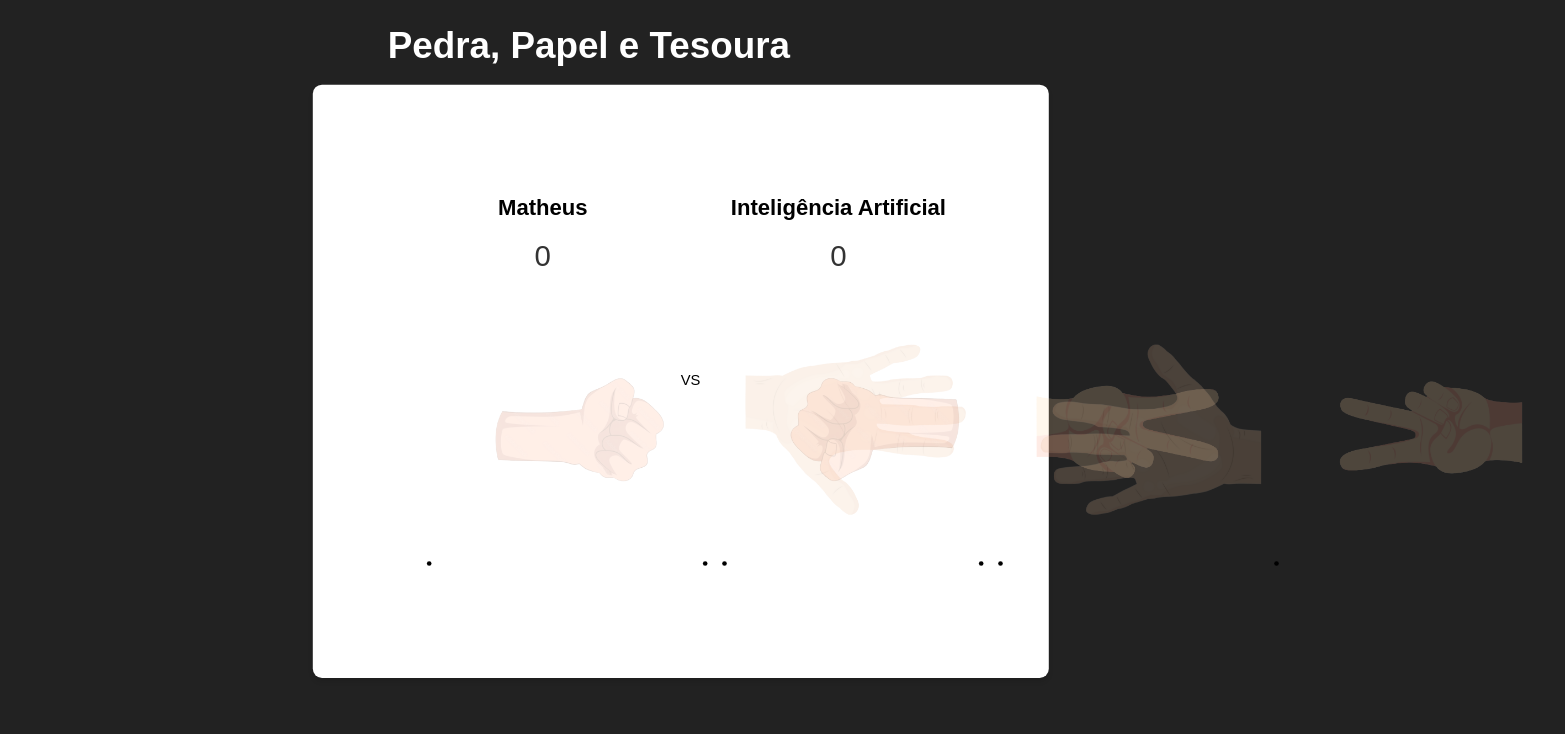
Repository: Matheus904-12/Pedra-Papel
Page: index.html
The author's editor kept a copy of each file at every save. The page is drawn from the files as they stood at one save, then again after a run of saves.
The browser window is 1280 px wide. The page is 1701 px wide, then 1401 px, so the pictures cover 1701 px, including what lies to the right of the window. The pictures show the whole page, at 92% of full size.

Above is the page before, as saved 2023-08-28 21:52:20.

### index.html
<!DOCTYPE html>
<html lang="en">
<head>
    <meta charset="UTF-8">
    <meta name="viewport" content="width=device-width, initial-scale=1.0">
    <title>Pedra, Papel e Tesoura</title>
    <link rel="stylesheet" href="style.css">
    <script src="script.js"></script>
</head>
<body>
    <div class="box">
        <div class="container">
            <h1 id="titulo">Pedra, Papel e Tesoura</h1>
            <div class="placar" id="placar">
                <div class="jogador">
                    <h2 id="jogadorNome">Matheus</h2>
                    <p id="jogadorPontos">0</p>
                    <ul class="escolhas" id="jogadorEscolha">
                        <li>
                            <a id="jogadorEscolha1" class="escolha" onclick="jogar(1)">
                                <img src="img/1-removebg-preview.png" alt="">
                            </a>
                        </li>
                        <li>
                            <a id="jogadorEscolha2" class="escolha" onclick="jogar(2)">
                                <img src="img/2-removebg-preview.png" alt="">
                            </a>
                        </li>
                        <li>
                            <a id="jogadorEscolha3" class="escolha" onclick="jogar(3)">
                                <img src="img/3-removebg-preview.png" alt="">
                            </a>
                        </li>
                    </ul>
                </div>
                <div id="versus">VS</div>
                <div class="computador">
                    <h2 id="computadorNome">Inteligência Artificial</h2>
                    <p id="computadorPontos">0</p>
                    <ul class="escolhas" id="computadorEscolha">
                        <li>
                            <a id="computadorEscolha1" class="escolha">
                                <img src="img2/1.png" alt="">
                            </a>
                        </li>
                        <li>
                            <a id="computadorEscolha2" class="escolha">
                                <img src="img2/2.png" alt="">
                            </a>
                        </li>
                        <li>
                            <a id="computadorEscolha3" class="escolha">
                                <img src="img2/3.png" alt="">
                            </a>
                        </li>
                    </ul>
                </div>
            </div>
            <div class="mensagem"><p id="mensagem" class="result-message">&nbsp;</p>
    </div>
</body>
</html>

### style.css
ul#jogadorEscolha li a,
ul#computadorEscolha li a{
    opacity: 0.2;
    transition: ease-in-out 0.3s;
}
ul#jogadorEscolha li a:hover,
ul#jogadorEscolha li a.selecionado,
ul#computadorEscolha li a.selecionado {
    opacity: 1;
}

/* Estilos gerais */
body {
    font-family: 'Arial', sans-serif;
    background-color: #222;
    margin: 0;
    padding: 0;
    transition: background-color 0.5s ease;
    align-items: center;
}

/* Estilo do container principal */
.box {
    display: flex;
    align-items: center;
    justify-content: center;
    min-height: 100vh;
    transition: background-color 0.5s ease;
}

.container {
    width: 100%;
    max-width: 600px;
    text-align: center;
}

/* Estilo do título */
#titulo {
    font-size: 2.5rem;
    color: #fff;
    margin-bottom: 20px;
}

/* Estilo do placar */
.placar {
    display: flex;
    align-items: center;
    justify-content: space-between;
    padding: 100px;
    background-color: #fff;
    border-radius: 10px;
    box-shadow: 0 4px 6px rgba(0, 0, 0, 0.1);
    width: 100%;
    margin: 0 auto;
    max-width: 1200px;
}

.jogador,
.computador {
    width: 50%;
}

.jogador p,
.computador p {
    font-size: 2rem;
    color: #333;
    margin: 0;
}

.escolhas {
    display: flex;
    justify-content: space-around;
    margin-top: 20px;
}

.escolhas img {
    max-width: 300px;
    cursor: pointer;
    transition: transform 0.3s ease;
}

.escolhas img:hover {
    transform: scale(1.1);
}

/* Estilo do resultado/mensagem */
.result-message {
    font-size: 1.2rem;
    margin-top: 20px;
    color: #fff;
}

.result-message.vitoria {
    color: #4CAF50;
}

.result-message.derrota {
    color: #FF5733;
}

.result-message.empate {
    color: #FFC300;
}

/* Estilo do botão reiniciar */
.reiniciar-jogo {
    background-color: #3498db;
    border: none;
    color: white;
    padding: 10px 20px;
    text-align: center;
    text-decoration: none;
    display: inline-block;
    font-size: 16px;
    border-radius: 5px;
    cursor: pointer;
    transition: background-color 0.3s ease;
}

.reiniciar-jogo:hover {
    background-color: #2980b9;
}

/* Estilo do histórico */
.historico {
    text-align: center;
    margin-top: 20px;
}

.historico-toggle {
    background-color: #333;
    border: none;
    color: white;
    padding: 5px 10px;
    font-size: 14px;
    border-radius: 5px;
    cursor: pointer;
    transition: background-color 0.3s ease;
}

.historico-toggle:hover {
    background-color: #222;
}

.historico-list {
    list-style: none;
    padding: 0;
    display: none;
    text-align: left;
}

.historico-list li {
    font-size: 14px;
    margin-bottom: 5px;
    color: #fff;
}

### script.js
let jogadorEscolha = 0;
let jogadorPontos = 0;
let computadorEscolha = 0;
let computadorPontos = 0;
let ganhador = -1;
let historico = [];

function jogar(escolha){
    jogadorEscolha = escolha;
    computadorEscolha = Math.floor(Math.random() * 3) + 1;


/*PEDRA = 1
  PAPEL = 2
  TESOURA = 3
*/

if (jogadorEscolha == 1 && computadorEscolha == 1) {
    ganhador = 0;
    //*PEDRA = PEDRA*//
} else if (jogadorEscolha == 1 && computadorEscolha == 2) {
    ganhador = 2;
    //PEDRA E PAPEL = PAPEL//
} else if (jogadorEscolha == 1 && computadorEscolha == 3) {
    ganhador = 1;
    //PEDRA E TESOURA = PEDRA//
} else if (jogadorEscolha == 2 && computadorEscolha == 1) {
    ganhador = 1;
    //PAPEL E PEDRA = PEDRA
} else if (jogadorEscolha == 2 && computadorEscolha == 2) {
    ganhador =  0;
    //PAPEL E PAPEL = NADA
} else if (jogadorEscolha == 2 && computadorEscolha == 3) {
    ganhador = 2;
    //PAPEL E TESOURA = TESOURA
} else if (jogadorEscolha == 3 && computadorEscolha == 1) {
    ganhador = 2;
    //TESOURA E PEDRA = PEDRA
} else if (jogadorEscolha == 3 && computadorEscolha == 2) {
    ganhador = 1;
    //TESOURA E PAPEL = TESOURA
} else if (jogadorEscolha == 3 && computadorEscolha == 3) {
    ganhador = 0;
    //TESOURA E TESOURA = EMPATE
}


document.getElementById('jogadorEscolha1').classList.remove('selecionado');
document.getElementById('jogadorEscolha2').classList.remove('selecionado');
document.getElementById('jogadorEscolha3').classList.remove('selecionado');
document.getElementById('computadorEscolha1').classList.remove('selecionado');
document.getElementById('computadorEscolha2').classList.remove('selecionado');
document.getElementById('computadorEscolha3').classList.remove('selecionado');



document.getElementById('jogadorEscolha'+jogadorEscolha).classList.add('selecionado');
document.getElementById('computadorEscolha'+computadorEscolha).classList.add('selecionado');


/*
EMPATE = 0;
JOGADOR = 1;
COMPUTADOR = 2;
*/


// Atualizar placar
if (ganhador === 1) {
    jogadorPontos++;
} else if (ganhador === 2) {
    computadorPontos++;
}

document.getElementById('jogadorPontos').textContent = jogadorPontos;
document.getElementById('computadorPontos').textContent = computadorPontos;


// Mensagem do resultado
let mensagem = '';
if (ganhador === 1) {
    mensagem = 'Você venceu!';
} else if (ganhador === 2) {
    mensagem = 'Você perdeu!';
} else {
    mensagem = 'Empate!';
}

// Adicionar ao histórico
historico.push({
    jogador: jogadorEscolha,
    computador: computadorEscolha,
    resultado: ganhador
});

// Atualizar elementos na página
document.getElementById('jogadorPontos').textContent = jogadorPontos;
document.getElementById('computadorPontos').textContent = computadorPontos;
document.querySelector('.result-message').textContent = mensagem;
document.querySelector('.result-message').className = `result-message ${ganhadorClass}`;

// Exibir histórico
mostrarHistorico();

// Adicionar classe de estilo à mensagem
let mensagemElement = document.getElementById('mensagem');
mensagemElement.classList.remove('vitoria', 'derrota', 'empate');
if (ganhador === 1) {
    mensagemElement.classList.add('vitoria');
} else if (ganhador === 2) {
    mensagemElement.classList.add('derrota');
} else {
    mensagemElement.classList.add('empate');
}
}

function mostrarHistorico() {
let historicoList = document.getElementById('historico-list');
historicoList.innerHTML = '';

for (let i = 0; i < historico.length; i++) {
    let item = historico[i];
    let resultado = '';
    if (item.resultado === 1) {
        resultado = 'Vitória';
    } else if (item.resultado === 2) {
        resultado = 'Derrota';
    } else {
        resultado = 'Empate';
    }

    let listItem = document.createElement('li');
    listItem.textContent = `Jogador: ${item.jogador} | Computador: ${item.computador} | Resultado: ${resultado}`;
    historicoList.appendChild(listItem);
}


document.getElementById('historico-toggle').addEventListener('click', function() {
    const historicoList = document.querySelector('.historico-list');
    historicoList.style.display = historicoList.style.display === 'none' ? 'block' : 'none';
    this.textContent = historicoList.style.display === 'none' ? 'Ver Histórico' : 'Esconder Histórico';
});

// Mensagem do resultado
let mensagem = '';
if (ganhador === 1) {
    mensagem = 'Você venceu!';
} else if (ganhador === 2) {
    mensagem = 'Você perdeu!';
} else {
    mensagem = 'Empate!';
}

// Adicionar ao histórico
historico.push({
    jogador: jogadorEscolha,
    computador: computadorEscolha,
    resultado: ganhador
});


// Atualizar elementos na página
document.getElementById('jogadorPontos').textContent = jogadorPontos;
document.getElementById('computadorPontos').textContent = computadorPontos;
document.querySelector('.result-message').textContent = mensagem;
document.querySelector('.result-message').className = `result-message ${ganhadorClass}`;


 // Adicionar classe de estilo à mensagem
let mensagemElement = document.querySelector('.mensagem');
mensagemElement.classList.remove('vitoria', 'derrota', 'empate');
if (ganhador === 1) {
    mensagemElement.classList.add('vitoria');
} else if (ganhador === 2) {
    mensagemElement.classList.add('derrota');
} else {
    mensagemElement.classList.add('empate');
}

// Atualizar estilo da página com base no resultado
document.querySelector('.box').className = `box ${ganhadorClass}`;




// Atualizar cor de fundo com base no resultado
if (ganhador === 1) {
    document.body.style.backgroundColor = '#4CAF50'; // Verde
} else if (ganhador === 2) {
    document.body.style.backgroundColor = '#FF5733'; // Vermelho
} else {
    document.body.style.backgroundColor = '#FFC300'; // Amarelo
}


// Selecionar escolha do jogador
document.getElementById(`jogadorEscolha${jogadorEscolha}`).classList.add('selecionado');


// Atualizar escolhas do jogador
document.getElementById(`jogadorEscolha${jogadorEscolha}`).classList.add('selecionado');
document.getElementById(`computadorEscolha${computadorEscolha}`).classList.add('selecionado');

// Atualizar estilo da página com base no resultado
document.querySelector('.box').className = `box ${ganhadorClass}`;

// Função para reiniciar o jogo
function reiniciarJogo() {
    jogadorPontos = 0;
    computadorPontos = 0;
    historico = [];
    limparEscolhas();
    atualizarPlacar();
    limparMensagem();
    mostrarHistorico();
    resetarEstiloPagina();
}

// Limpar escolhas selecionadas
function limparEscolhas() {
    document.querySelectorAll('.escolha').forEach(element => {
        element.classList.remove('selecionado');
    });
}

// Atualizar placar
function atualizarPlacar() {
    document.getElementById('jogadorPontos').textContent = jogadorPontos;
    document.getElementById('computadorPontos').textContent = computadorPontos;
}

// Limpar mensagem do resultado
function limparMensagem() {
    document.querySelector('.result-message').textContent = '';
    document.querySelector('.mensagem').className = 'mensagem';
}

// Resetar estilo da página
function resetarEstiloPagina() {
    document.querySelector('.box').className = 'box';
}

// Botão de reiniciar o jogo
document.getElementById('reiniciar-jogo').addEventListener('click', function() {
    reiniciarJogo();
});


// Função para reiniciar o jogo
function reiniciarJogo() {
    jogadorPontos = 0;
    computadorPontos = 0;
    historico = [];
    limparEscolhas();
    atualizarPlacar();
    limparMensagem();
    mostrarHistorico();
    resetarEstiloPagina();
}

// Limpar escolhas selecionadas
function limparEscolhas() {
    document.querySelectorAll('.escolha').forEach(element => {
        element.classList.remove('selecionado');
    });
}

// Atualizar placar
function atualizarPlacar() {
    document.getElementById('jogadorPontos').textContent = jogadorPontos;
    document.getElementById('computadorPontos').textContent = computadorPontos;
}

// Limpar mensagem do resultado
function limparMensagem() {
    document.querySelector('.result-message').textContent = '';
    document.querySelector('.mensagem').className = 'mensagem';
}

// Resetar estilo da página
function resetarEstiloPagina() {
    document.querySelector('.box').className = 'box';
}

// Botão de reiniciar o jogo
document.getElementById('reiniciar-jogo').addEventListener('click', function() {
    reiniciarJogo();
});


}

After the next 2 saves:
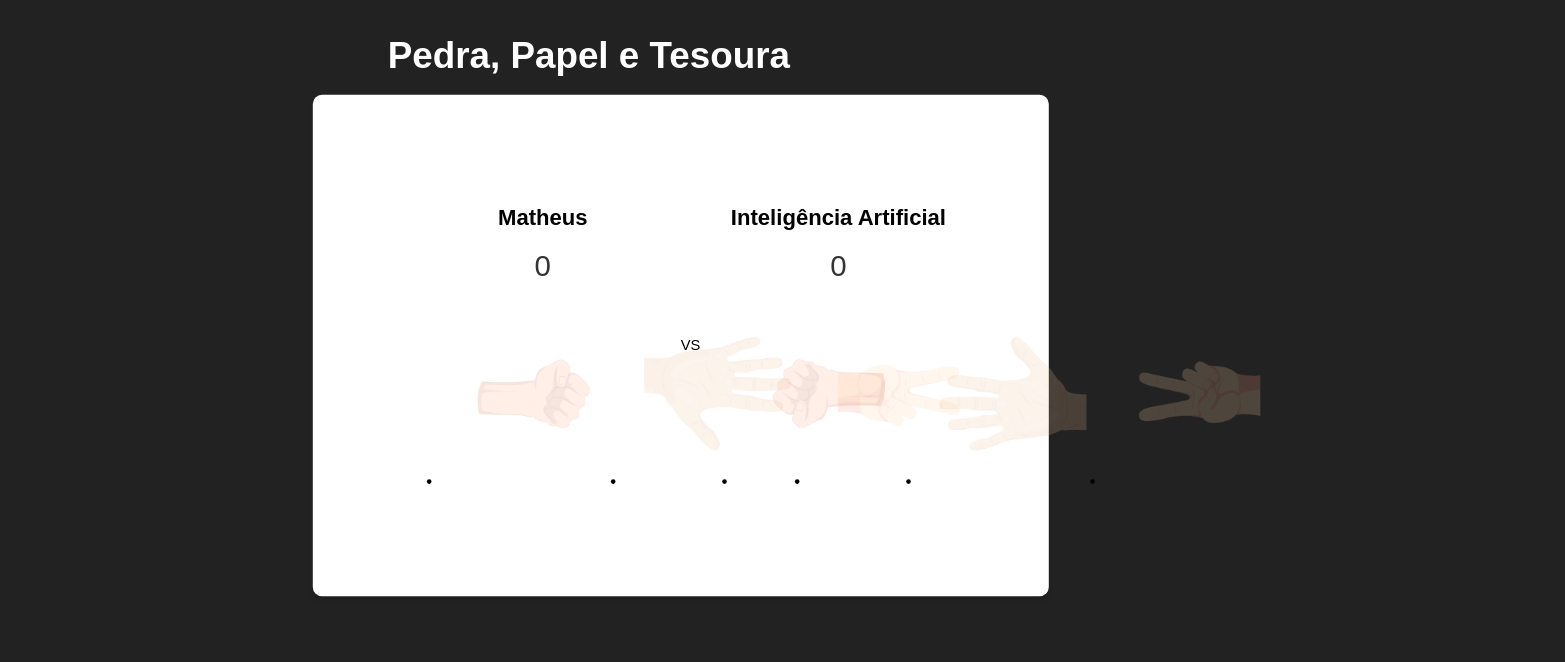
The 2 saves are shown as one change because they came seconds apart.
The last was saved 5 s later.
--- a/style.css
+++ b/style.css
@@ -74,7 +74,7 @@ body {
 }
 
 .escolhas img {
-    max-width: 300px;
+    max-width: 200px;
     cursor: pointer;
     transition: transform 0.3s ease;
 }
